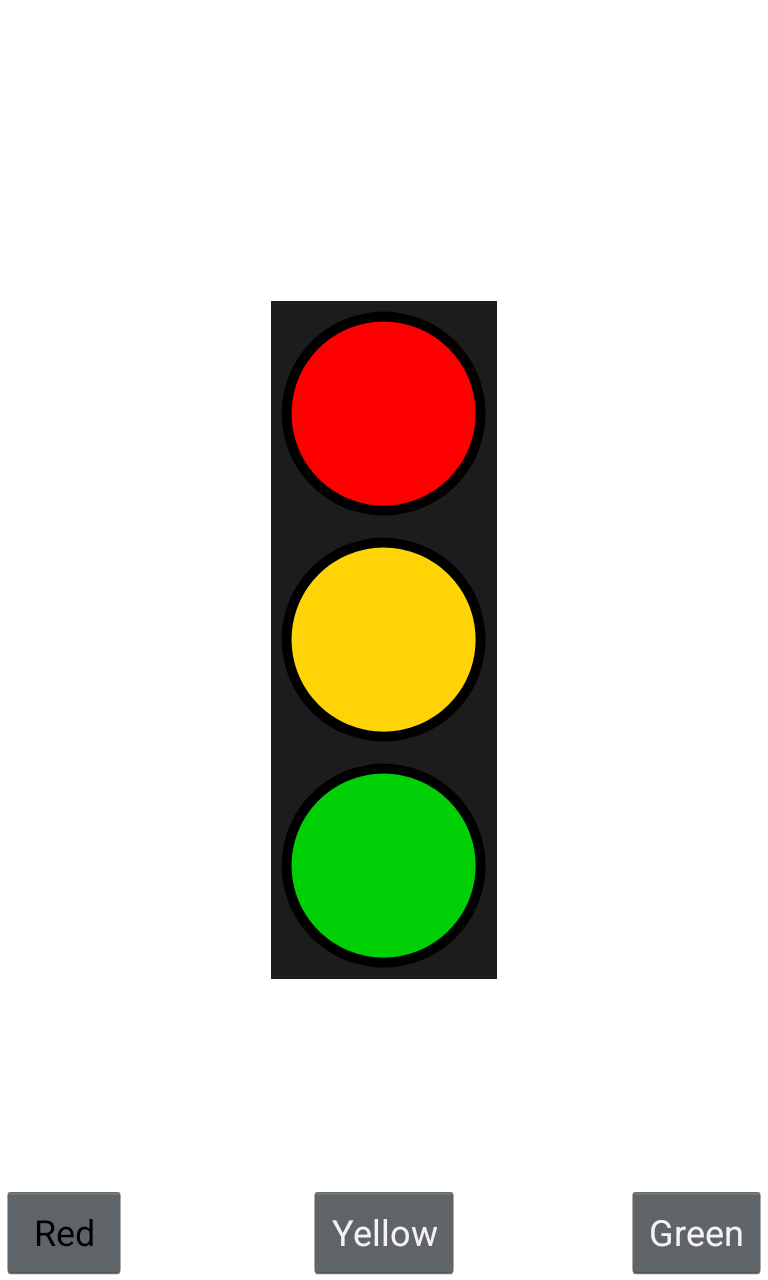
Repository: dalieu/UdemyAndroidDev
Layout: Traffic Lights/res/layout/traffic_lights.xml
These files come from the project's save history. The layout is drawn as it stood at one moment and after the next save; the edit follows.
Pictures or frames that could not be fetched are drawn as grey boxes. It is drawn on a 768 x 1280 px phone screen (xhdpi) without system bars, with theme android:Theme.Holo; the app's code is not run.

Above is the layout before, as saved 2014-09-09 07:13:23.

After the next save:
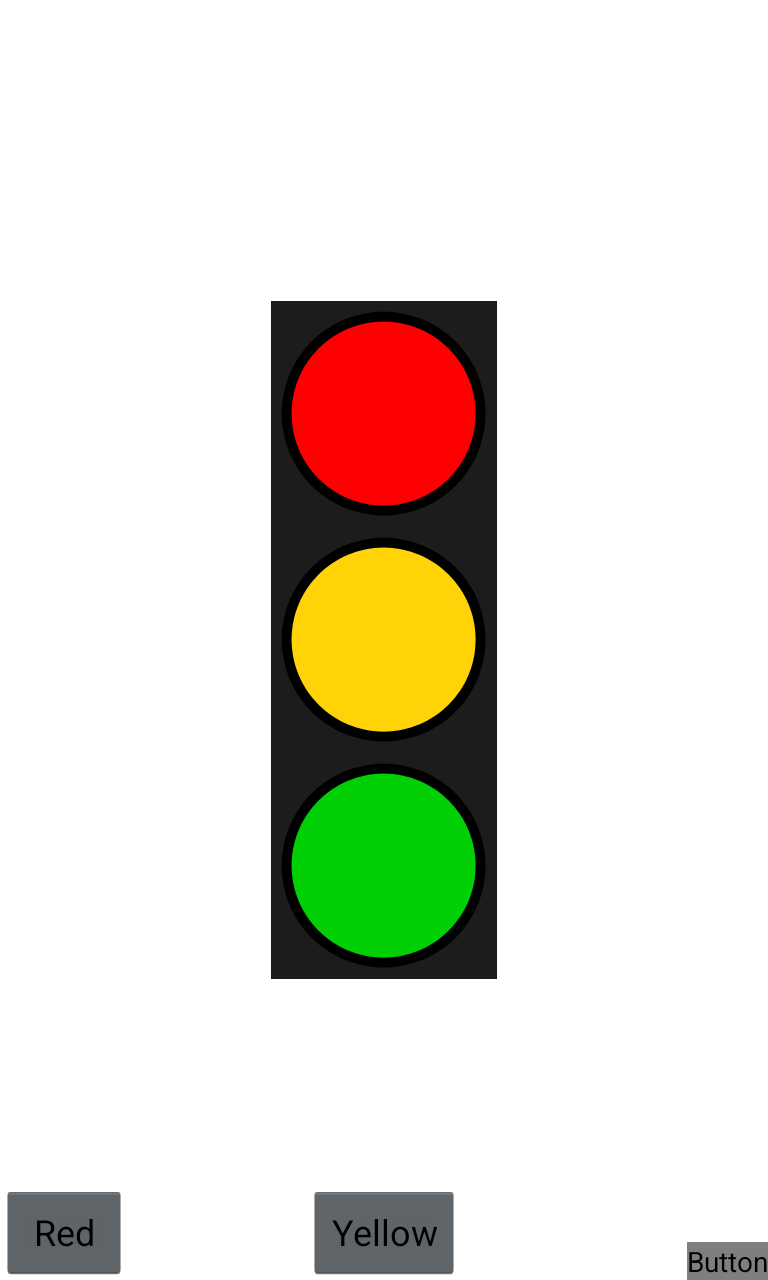
Saved 72 s later.
--- a/Traffic Lights/res/layout/traffic_lights.xml
+++ b/Traffic Lights/res/layout/traffic_lights.xml
@@ -43,7 +43,8 @@
         android:layout_height="wrap_content"
         android:layout_alignParentBottom="true"
         android:layout_centerHorizontal="true"
-        android:text="Yellow" />
+        android:text="Yellow"
+        android:textColor="#ff000000" />
 
     <Button
         android:id="@+id/button3"
@@ -51,6 +52,7 @@
         android:layout_height="wrap_content"
         android:layout_alignParentBottom="true"
         android:layout_alignParentRight="true"
-        android:text="Green" />
+        android:text="Green"
+        android:textColor="@drawable/" />
 
 </RelativeLayout>
